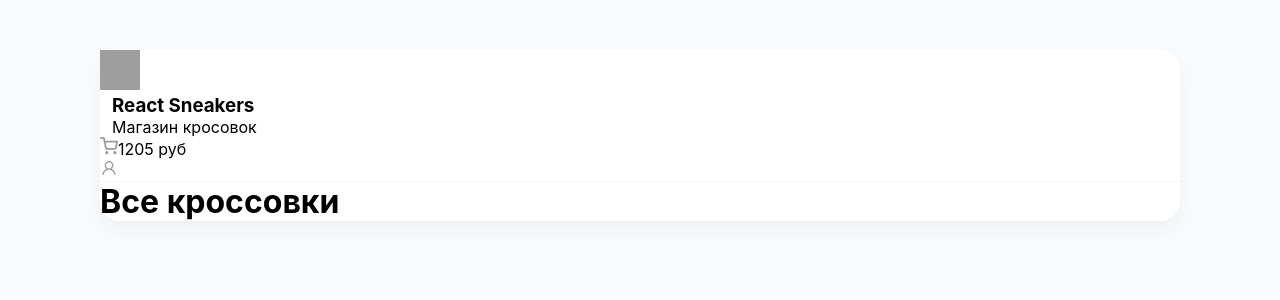
Repository: Azimich/React-Sneakers
Page: /
These files come from the project's save history. The page is drawn as it stood at one moment and after the next save; the edit follows.
The browser window is 1280 px wide. The pictures show the whole page.
Pictures or frames that could not be fetched are drawn as grey boxes. The project was rebuilt for these pictures with package versions that can differ from the ones it lists, and the page was loaded fresh each time.

Above is the page before, as saved 2022-09-22 22:01:12.

After the next save:
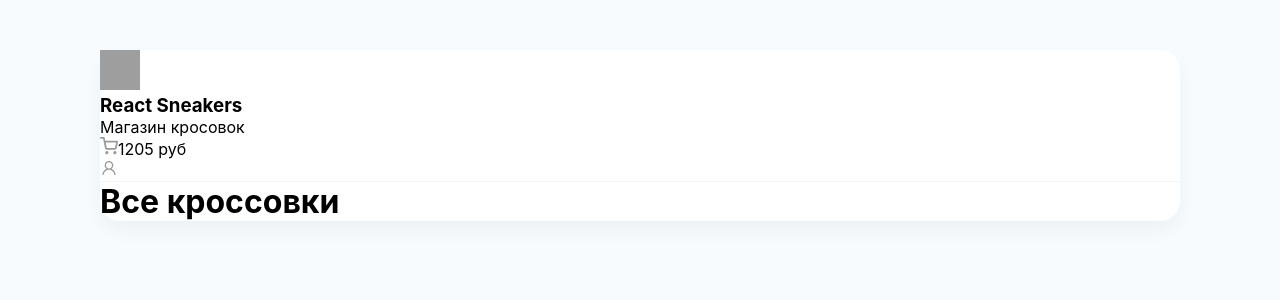
Saved 19 s later.
--- a/src/index.scss
+++ b/src/index.scss
@@ -57,6 +57,6 @@ header {
   border-bottom: 1px solid #f4f4f4;
 }
 
-.headerInfo {
-  margin-left: 12px;
-}
+// .headerInfo {
+//   margin-left: 12px;
+// }
